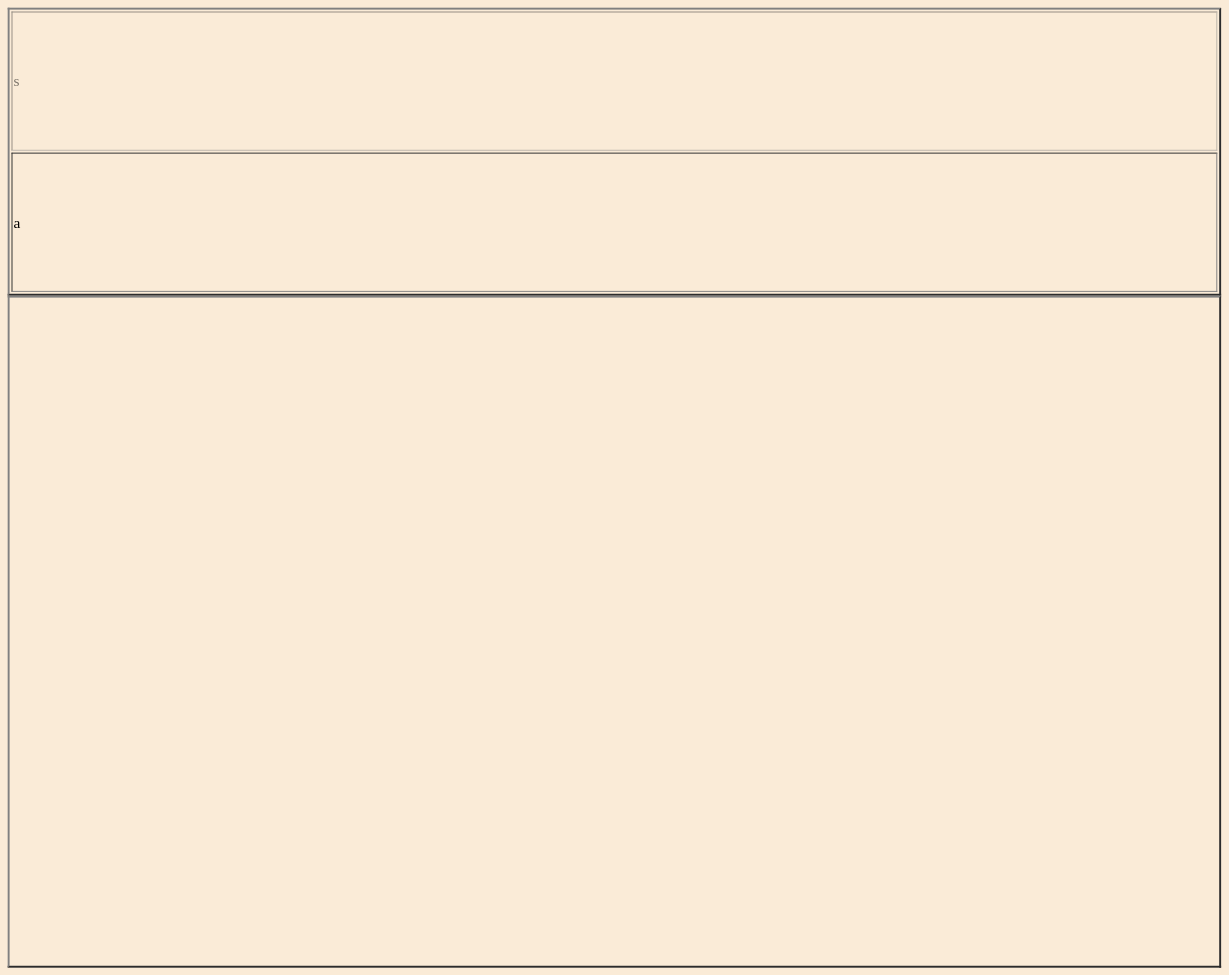
Repository: DAXMZB/Project
Page: http://localhost/SP2/
An editor plug-in stored every save of this project. The page is shown before and after the next save, followed by the edit.
The browser window is 1280 px wide. The pictures show the whole page, at 96% of full size.
The page is served by Tomcat 9.

Above is the page before, as saved 2026-02-04 12:22:27.

After the next save:
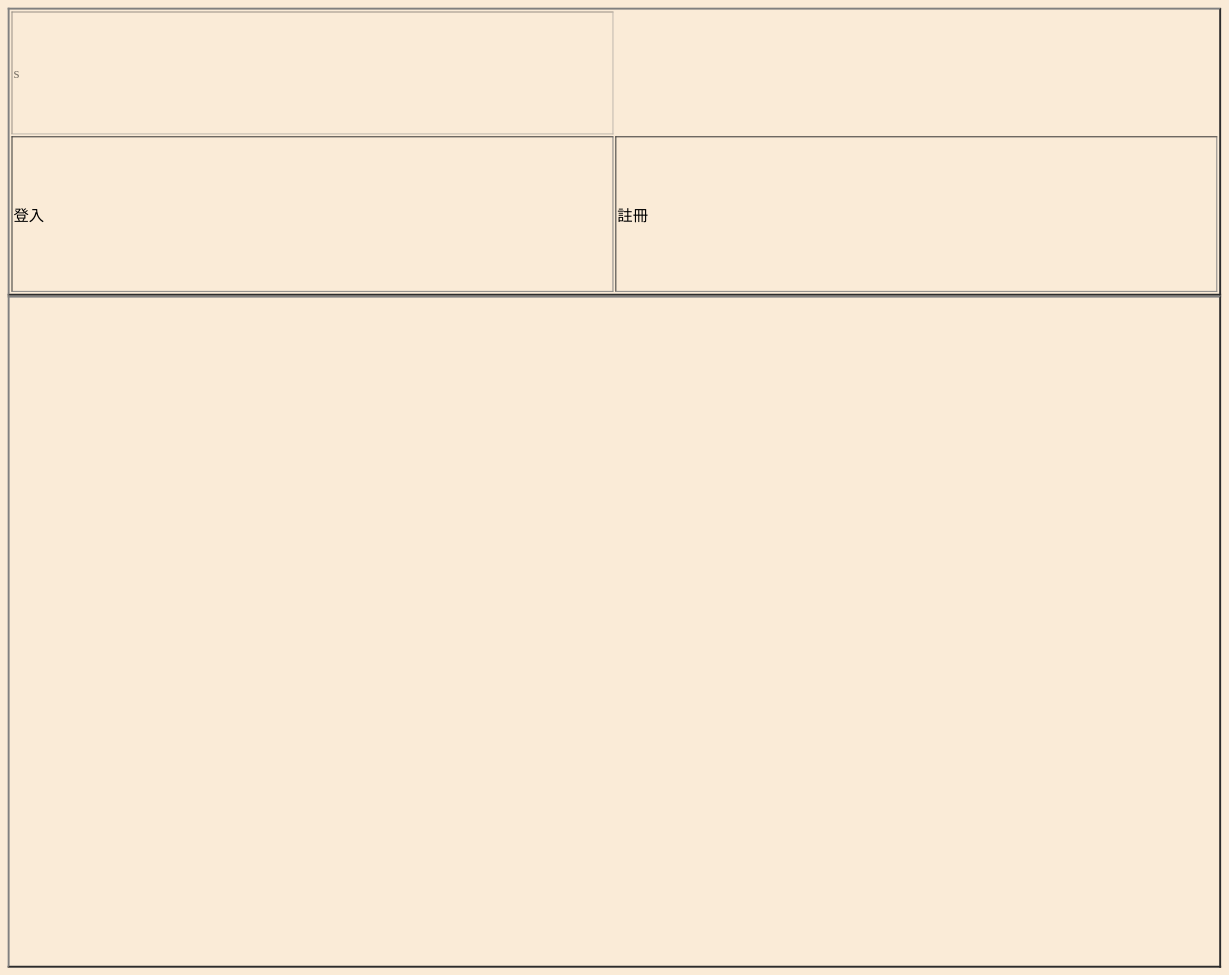
Saved 23 s later.
--- a/SP2/src/main/webapp/index.jsp
+++ b/SP2/src/main/webapp/index.jsp
@@ -13,7 +13,7 @@
 			<td>s</td>
 		</tr>
 		<tr>
-			<td>a</td>
+			<td>登入</td><td>註冊</td>
 		</tr>
 	</table>
 	<table width="100%" border="2" height=700>
